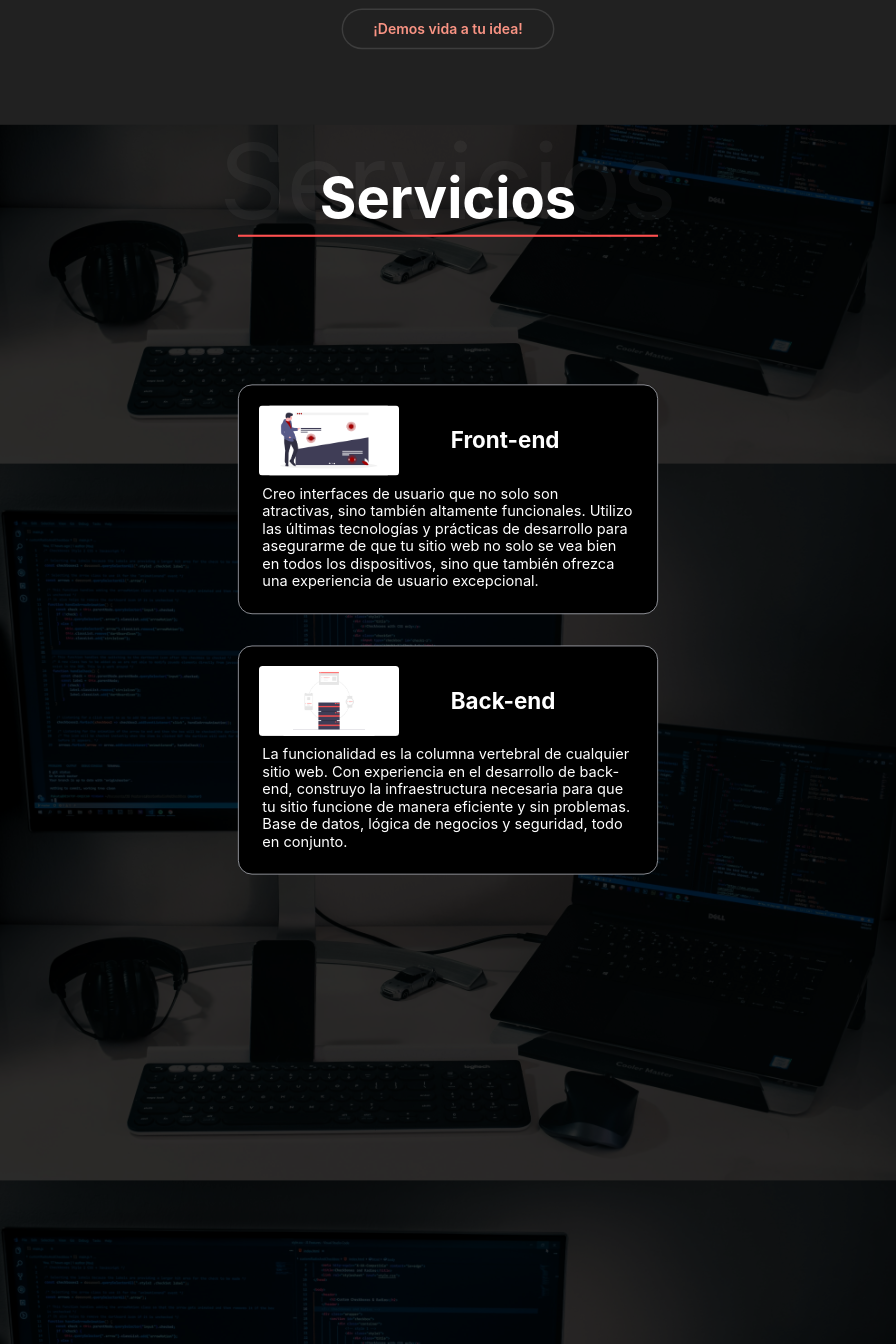
Repository: DamianBermudez94/DB-Porfolio
Page: /
These files come from the project's save history. The page is drawn as it stood at one moment and after the next save; the edit follows.
The browser window is 1280 px wide. The pictures show the part of the page from y = 1385 to 3305 px (the page is 4365 px tall before and 4395 px after), at 70% of full size.
Backgrounds fixed to the window are drawn as part of the page. Some web libraries are served in a nearby version. The project was rebuilt for these pictures with package versions that can differ from the ones it lists, and the page was loaded fresh each time. Also part of the build but not shown: vite.config.js, src/components/Conocimientos/styles.css, src/components/Conocimientos/Conocimientos.jsx, src/pages/AcerdaDe.jsx, src/components/Contacto/styles.css, src/components/Contacto/Contact.jsx, src/pages/contacto.jsx, src/data/trabajos.js and 4 more.

Above is the page before, as saved 2024-04-02 09:31:15.

After the next save:
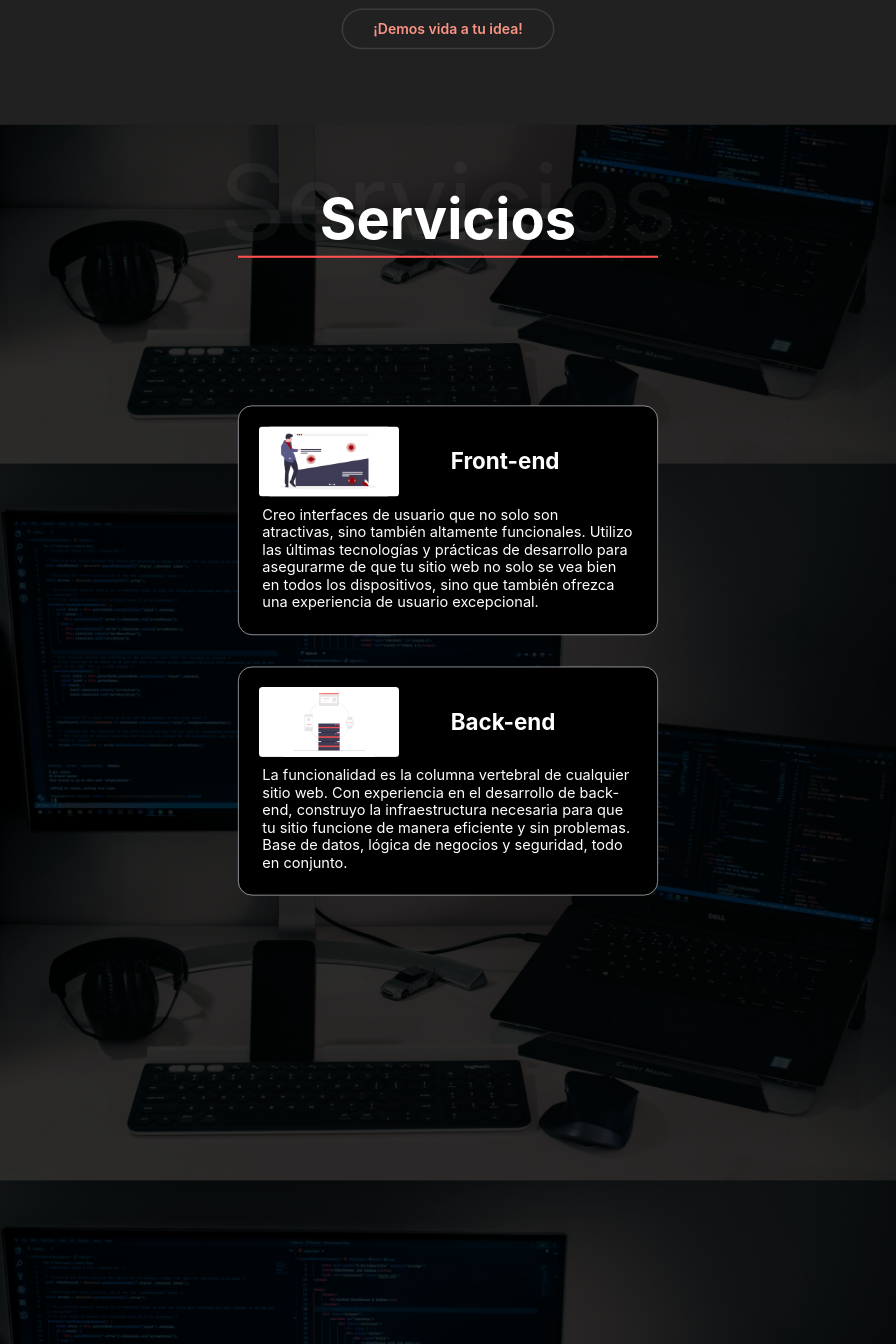
Saved 9 s later.
--- a/src/components/Servicios/styles.css
+++ b/src/components/Servicios/styles.css
@@ -2,7 +2,7 @@
 .section-servicios {
   width: 100%;
   padding: 0;
-  margin-top: 50px;
+  margin-top: 80px;
 }
 .title-servicios {
   width: 100%;
